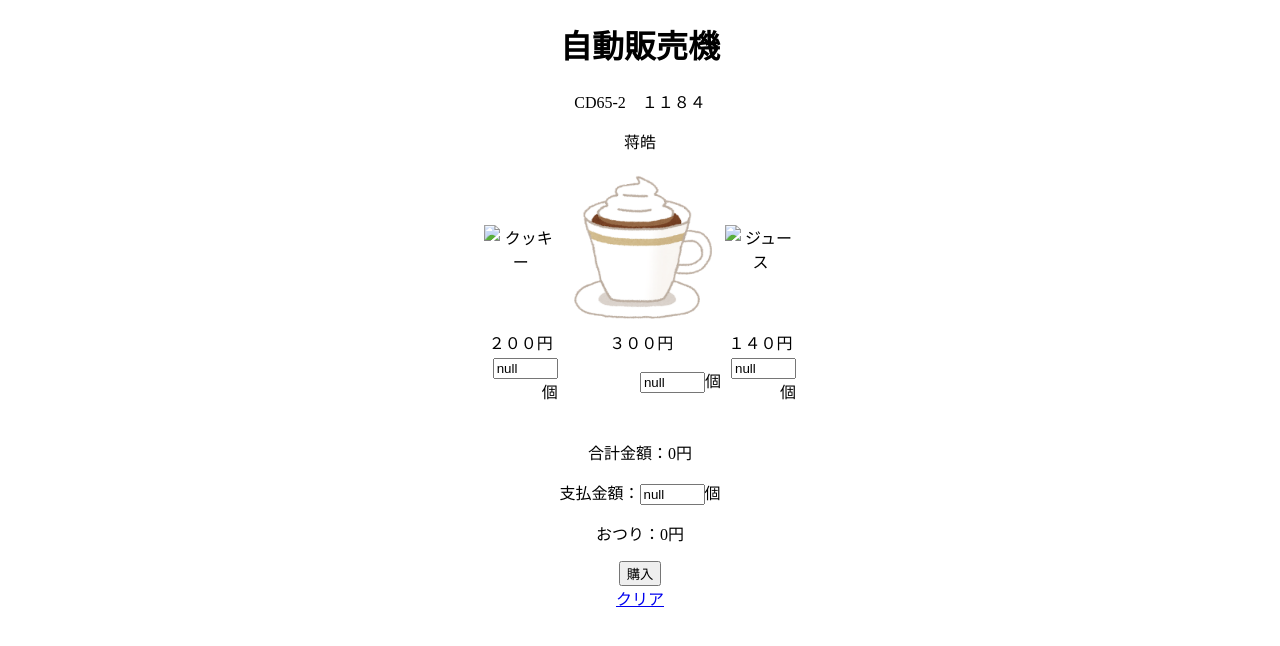
Repository: jh0612/2021_Azure_study
Page: http://localhost/Myproj2/ClearServlet
An editor plug-in stored every save of this project. The page is shown before and after the next save, followed by the edit.
The browser window is 1280 px wide. The pictures show the whole page.
The page is served by Tomcat 9. Other server files are loaded and not shown.

Above is the page before, as saved 2021-12-08 06:45:58.

### Demoforme/Myproj2/src/main/webapp/jihanki.jsp
<%@ page language="java" contentType="text/html; charset=UTF-8"
    pageEncoding="UTF-8"%>
<!DOCTYPE html>
<%
	String tx1val = request.getParameter("text1");//商品単価（左）
	String tx2val = request.getParameter("text2");//商品単価（中）
	String tx3val = request.getParameter("text3");//商品単価（右）
	String tx4val = request.getParameter("text4");//支払金額

	Object lb1val = request.getAttribute("label2");//合計金額
	Object lb2val = request.getAttribute("label2");//お釣り
%>
<html>
  <head>
    <meta http-equiv="content-type" content="text/html; charset=UTF-8">
    <title>自動販売機</title>
    <meta name="author" content="reiwaxr">
    <style type="text/css">
      table{
      	margin-left: auto;
        margin-right: auto;
        border: 0;
      }
    </style>
  </head>
  <body>
    <h1 style="text-align: center;">自動販売機</h1>
    <p style="text-align: center;">CD65-2　１１８４</p>
    <p style="text-align: center;">蒋皓</p>
    <form action="KonyuServlet" method="get">
    <table style="width: 318px;margin-left: auto; margin-right: auto">
      <tbody>
        <tr>
          <td style="width: 118px; margin-left: 17px; text-align: center;"><img
              src="file:///home/jh/java/Demoforme/Myproj2/src/main/webapp/img/sweets_cookie.png" alt="クッキー"
              title="クッキー" style="width: 150px; height: 150px;"><br>
          </td>
          <td style="width: 205.933px; text-align: center;"><img src="/img/coffee_weinercoffee.png"
              alt="コーヒー" title="コーヒー" style="width: 150px; height: 150px;"><br>
          </td>
          <td style="width: 102px; text-align: center;"><img src="file:///home/jh/java/Demoforme/Myproj2/src/main/webapp/img/can_juice.png"
              alt="ジュース" title="ジュース" style="width: 150px; height: 150px;"></td>
        </tr>
        <tr>
          <td style="text-align: center;">２００円<br>
          </td>
          <td style="text-align: center;">３００円<br>
          </td>
          <td style="text-align: center;">１４０円<br>
          </td>
        </tr>
        <tr>
          <td style="text-align: right;"><input name="text1" value=<%= tx1val %> size="5"
              type="text">個<br>
          </td>
          <td style="text-align: right;"><input name="text2" value=<%= tx2val %> size="5"
              type="text">個 </td>
          <td style="text-align: right;"><input name="text3" value=<%= tx3val %> size="5"
              type="text">個 </td>
        </tr>
      </tbody>
    </table>
    <br>
    <p style="text-align: center;">合計金額：<%= lb1val %>円</p>
    <p style="text-align: center;">支払金額：<input name="text4" value=<%= tx4val %> size="5" type="text">個</p>
    <p style="text-align: center;">おつり：<%= lb2val %>円</p>
    <div style="text-align: center;">
    <input name="button1" value="購入" type="button"></div>
    </form>
    <div style="text-align: center;">
      <!--&nbsp; &nbsp;&nbsp; -->
      <a href="ClearServlet?text1=0&text2=0&text3=0&text4=0">クリア</a>
      </div>

  </body>
</html>

### Demoforme/Myproj2/src/main/java/ClearServlet.java


import java.io.IOException;
import javax.servlet.ServletException;
import javax.servlet.annotation.WebServlet;
import javax.servlet.http.HttpServlet;
import javax.servlet.http.HttpServletRequest;
import javax.servlet.http.HttpServletResponse;

/**
 * Servlet implementation class ClearServlet
 */
@WebServlet("/ClearServlet")
public class ClearServlet extends HttpServlet {
	private static final long serialVersionUID = 1L;

    /**
     * @see HttpServlet#HttpServlet()
     */
    public ClearServlet() {
        super();
        // TODO Auto-generated constructor stub
    }

	/**
	 * @see HttpServlet#doGet(HttpServletRequest request, HttpServletResponse response)
	 */
	protected void doGet(HttpServletRequest request, HttpServletResponse response) throws ServletException, IOException {
		// TODO Auto-generated method stub
//		response.getWriter().append("Served at: ").append(request.getContextPath());
		request.setAttribute("label1",0);
		request.setAttribute("label2",0);

		getServletContext().getRequestDispatcher("/jihanki.jsp").forward(request, response);
	}

}

After the next save:
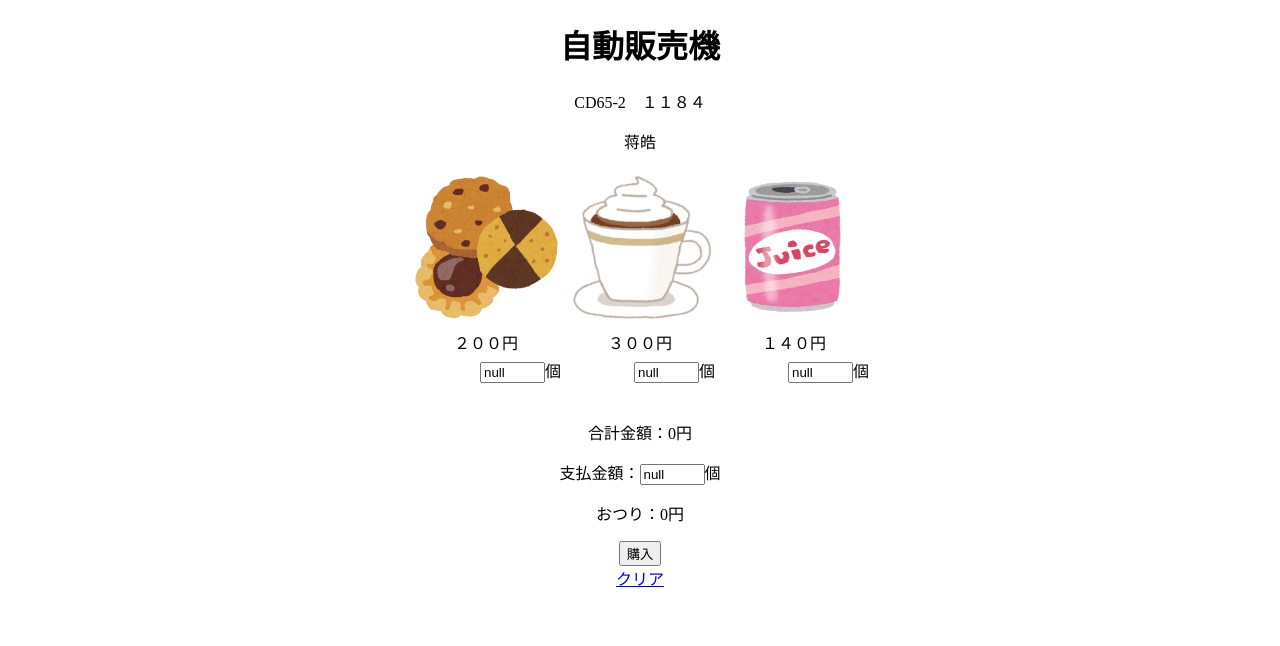
Saved 56 s later.
--- a/Demoforme/Myproj2/src/main/webapp/jihanki.jsp
+++ b/Demoforme/Myproj2/src/main/webapp/jihanki.jsp
@@ -32,13 +32,13 @@
       <tbody>
         <tr>
           <td style="width: 118px; margin-left: 17px; text-align: center;"><img
-              src="file:///home/jh/java/Demoforme/Myproj2/src/main/webapp/img/sweets_cookie.png" alt="クッキー"
+              src="sweets_cookie.png" alt="クッキー"
               title="クッキー" style="width: 150px; height: 150px;"><br>
           </td>
           <td style="width: 205.933px; text-align: center;"><img src="/img/coffee_weinercoffee.png"
               alt="コーヒー" title="コーヒー" style="width: 150px; height: 150px;"><br>
           </td>
-          <td style="width: 102px; text-align: center;"><img src="file:///home/jh/java/Demoforme/Myproj2/src/main/webapp/img/can_juice.png"
+          <td style="width: 102px; text-align: center;"><img src="img/can_juice.png"
               alt="ジュース" title="ジュース" style="width: 150px; height: 150px;"></td>
         </tr>
         <tr>
